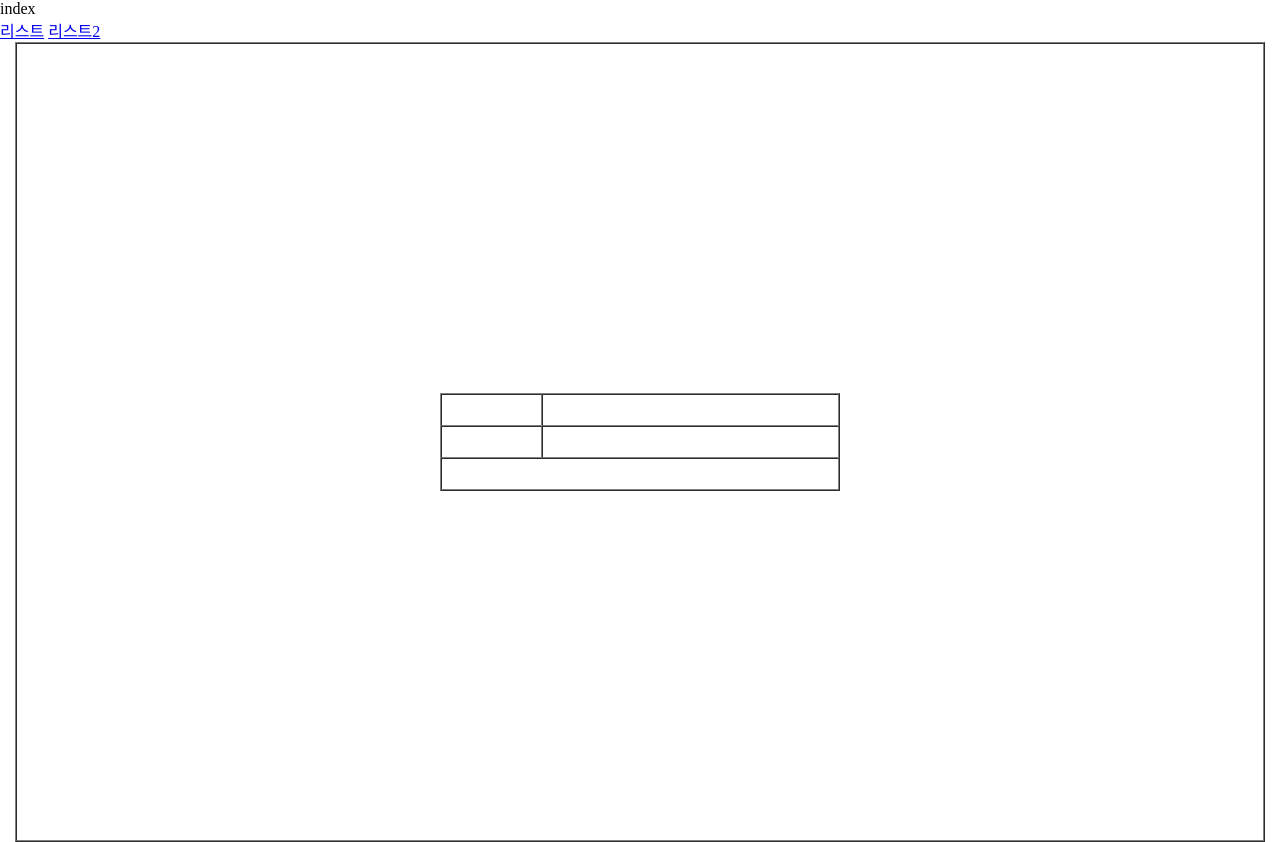
Repository: SniperDitto/save
Page: http://localhost/SpringBoard/
An editor plug-in stored every save of this project. The page is shown before and after the next save, followed by the edit.
The browser window is 1280 px wide. The pictures show the whole page.
The page is served by Tomcat 9. Other server files are loaded and not shown.

Above is the page before, as saved 2022-05-30 05:35:21.

### 2022JAVA_YSH 1/JAVA/SpringBoard/SpringBoard/src/main/webapp/index.jsp
<%@page import="java.util.ArrayList"%>
<%@ page language="java" contentType="text/html; charset=UTF-8"
    pageEncoding="UTF-8"%>
<!DOCTYPE html>
<html>
<head>
<meta charset="UTF-8">
<title>home</title>

<style>
	body{
		margin:0px;
		padding:0px;
	}
</style>
</head>
<body>
index<br/>
<a href="boardsList">리스트</a>
<a href="list">리스트2</a>
<table cellpadding="0" cellspacing="0" width="1250" height="800" align="center" border="1px">
	<tr>
		<td width="700px" align="center" valign="middle">
			<form>
				<table cellpadding="0" cellspacing="0" width="400px" align="center" border="1px">
					<tr>
						<td width="100px" height="30px" align="center"></td>
						<td width="300px" height="30px" align="center"></td>
					</tr>
					<tr>
						<td width="100px" height="30px" align="center"></td>
						<td width="300px" height="30px" align="center"></td>
					</tr>
					<tr>
						<td width="400px" height="30px" align="center" colspan="2"></td>
					</tr>
				</table>
			</form>
		</td>
	</tr>
</table>
</body>
</html>

After the next save:
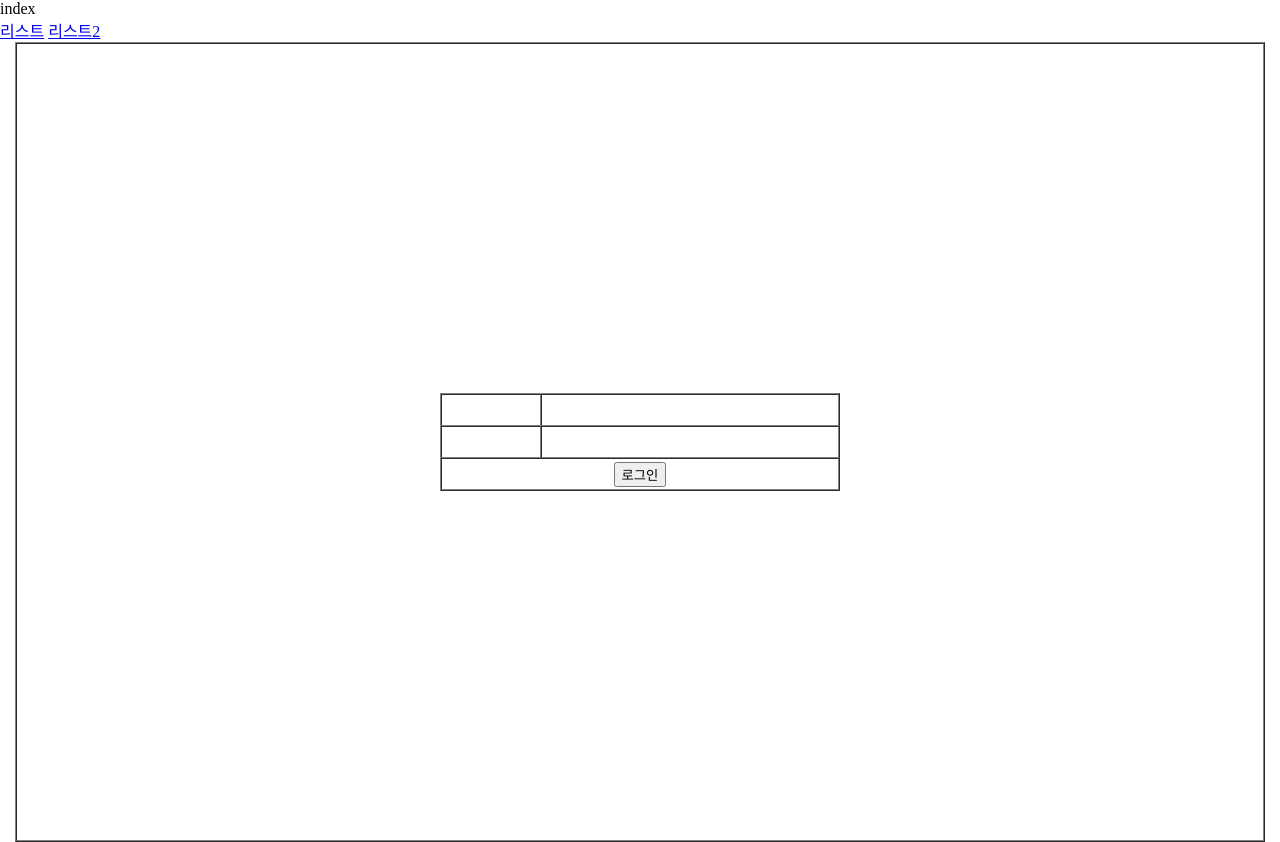
Saved 39 s later.
--- a/2022JAVA_YSH 1/JAVA/SpringBoard/SpringBoard/src/main/webapp/index.jsp
+++ b/2022JAVA_YSH 1/JAVA/SpringBoard/SpringBoard/src/main/webapp/index.jsp
@@ -32,7 +32,9 @@
 						<td width="300px" height="30px" align="center"></td>
 					</tr>
 					<tr>
-						<td width="400px" height="30px" align="center" colspan="2"></td>
+						<td width="400px" height="30px" align="center" colspan="2">
+							<input type="button" value="로그인"/>
+						</td>
 					</tr>
 				</table>
 			</form>

After the save that followed:
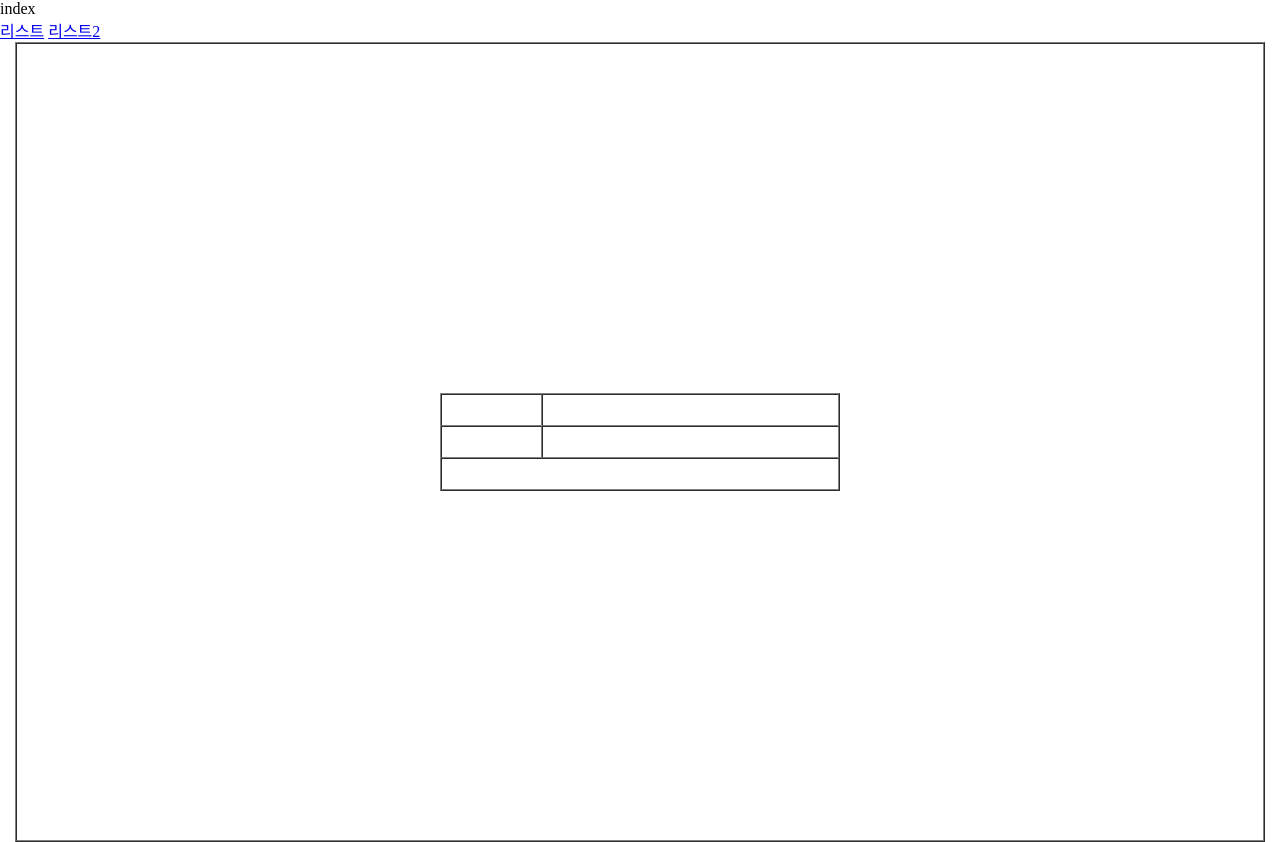
Saved 68 s later.
--- a/2022JAVA_YSH 1/JAVA/SpringBoard/SpringBoard/src/main/webapp/index.jsp
+++ b/2022JAVA_YSH 1/JAVA/SpringBoard/SpringBoard/src/main/webapp/index.jsp
@@ -33,7 +33,7 @@
 					</tr>
 					<tr>
 						<td width="400px" height="30px" align="center" colspan="2">
-							<input type="button" value="로그인"/>
+							<!-- <input type="button" value="로그인"/> -->
 						</td>
 					</tr>
 				</table>
